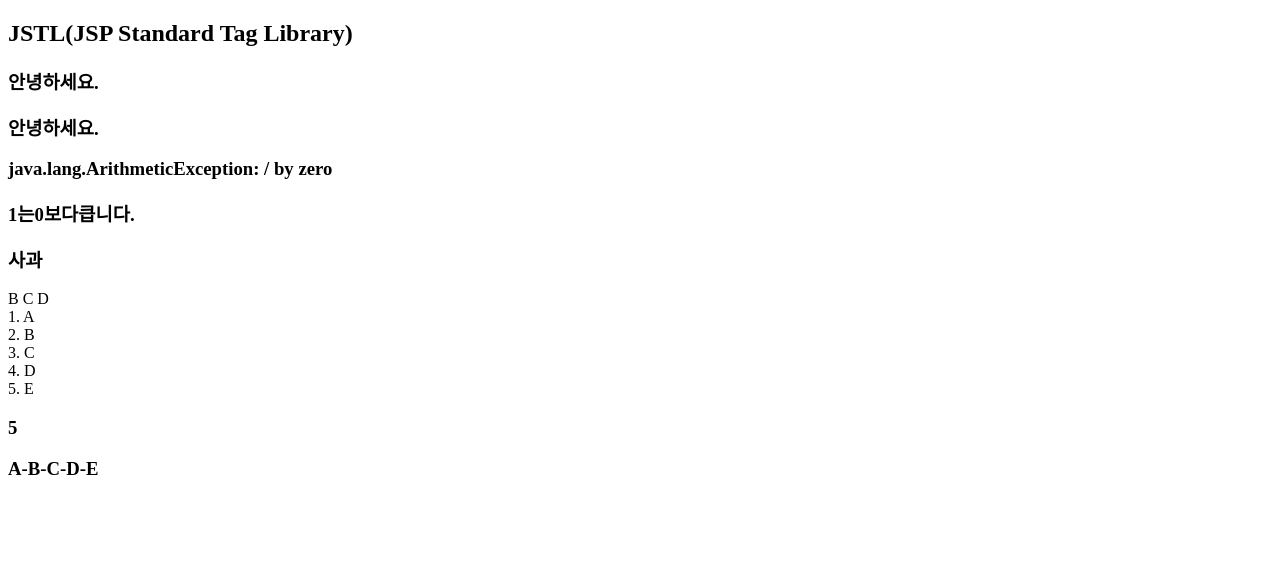
Repository: daehyuk1231/lect_labs_java
Page: http://localhost/java_web/jstl.jsp
An editor plug-in stored every save of this project. The page is shown before and after the next save, followed by the edit.
The browser window is 1280 px wide. The pictures show the whole page.
The page is served by Tomcat 10. Other server files are loaded and not shown.

Above is the page before, as saved 2025-08-18 00:42:00.

### java_web/src/main/webapp/jstl.jsp
<%@ page language="java" contentType="text/html; charset=UTF-8"
	pageEncoding="UTF-8"%>
<%@ taglib prefix="c" uri="jakarta.tags.core"%>
<%@ taglib prefix="fmt" uri="jakarta.tags.fmt"%>
<%@ taglib prefix="fn" uri="jakarta.tags.functions"%>
<!DOCTYPE html>
<html>
<head>
<meta charset="UTF-8">
<title>Insert title here</title>
</head>
<body>
	<h2>JSTL(JSP Standard Tag Library)</h2>

	<%-- 변수 --%>
	<c:set var="msg" value="안녕하세요." />
	<h3>${msg }</h3>
	<h3>
		<c:out value="${msg }" />
	</h3>
	<c:remove var="msg" />

	<c:catch var="ex">
		<%
		int c = 1 / 0;
		%>
	</c:catch>
	<h3>${ex }</h3>

	<c:set var="a" value="1" />
	<c:if test="${a>0 }">
		<h3>${a }는0보다큽니다.</h3>
	</c:if>

	<c:set var="b" value="사과" />
	<c:choose>
		<c:when test="${b == '사과' }">
			<h3>사과</h3>
		</c:when>
		<c:otherwise>
			<h3>과일이 아닙니다.</h3>
		</c:otherwise>
	</c:choose>
	<%
	String[] list = { "A", "B", "C", "D", "E" };
	request.setAttribute("list", list);
	%>
	<c:forEach var="i" begin="1" end="3">
		${list[i] }
	</c:forEach>

	<c:forEach var="item" items="${list }" varStatus="idx">
		<div id="div${idx.count }">${idx.count }. ${item }</div>
	</c:forEach>

	<h3>${ fn:length(list) }</h3>
	<h3>${ fn:replace("A,B,C,D,E", ",", "-") }</h3>

</body>
</html>

After the next save:
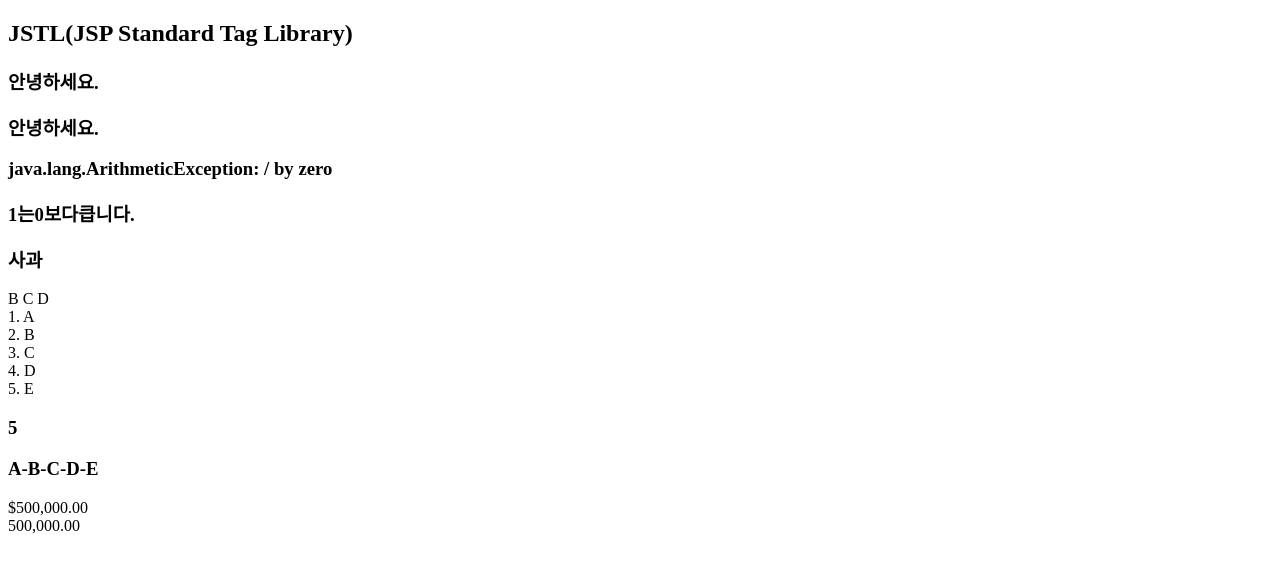
Saved 116 s later.
--- a/java_web/src/main/webapp/jstl.jsp
+++ b/java_web/src/main/webapp/jstl.jsp
@@ -56,5 +56,7 @@
 	<h3>${ fn:length(list) }</h3>
 	<h3>${ fn:replace("A,B,C,D,E", ",", "-") }</h3>
 
+	<fmt:formatNumber value="500000" type="currency"/> <br>
+	<fmt:formatNumber value="500000" pattern="###,###,###.00"/> <br>
 </body>
 </html>
